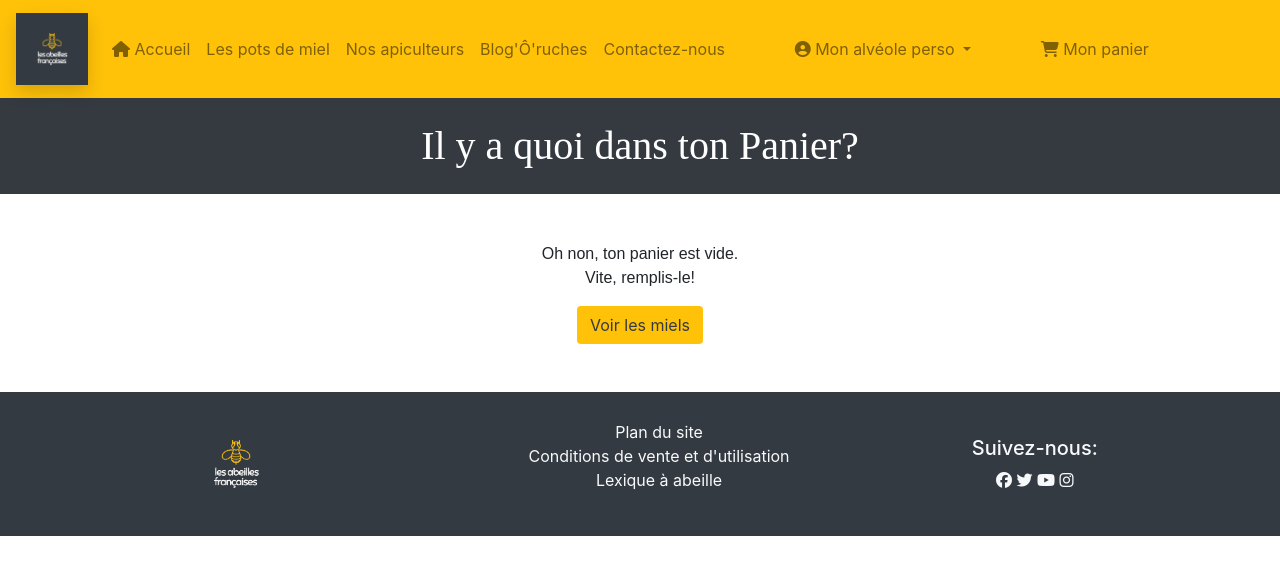
Repository: davidlecras/lesabeillesfran-aises
Page: templates/cart/index.html.twig
These files come from the project's save history. The page is drawn as it stood at one moment and after the next save; the edit follows.
The browser window is 1280 px wide. The pictures show the whole page.
Some web fonts or font styles are not loaded; a fallback is used. Some web libraries are served in a nearby version. The page is a Twig template of a Symfony application; nobody is signed in and links lead nowhere. The template is opened directly, without the code that normally fills it, so the values that code supplies are empty.

Above is the page before, as saved 2020-05-27 18:14:33.

After the next save:
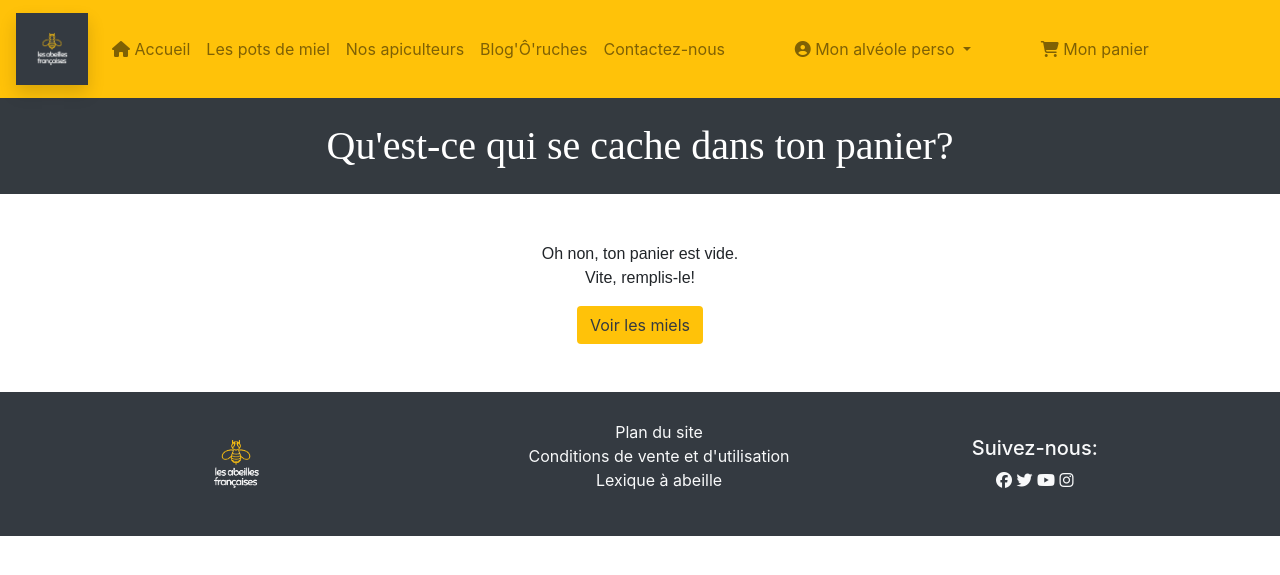
Saved 3 min 52 s later.
--- a/templates/cart/index.html.twig
+++ b/templates/cart/index.html.twig
@@ -2,7 +2,7 @@
 
 {% block title %}Les abeilles françaises: Votre panier!
 {% endblock %}
-{% block monTitre %}Il y a quoi dans ton Panier?
+{% block monTitre %}Qu'est-ce qui se cache dans ton panier?
 {% endblock %}
 {% block body %}
 	<section class="container">
